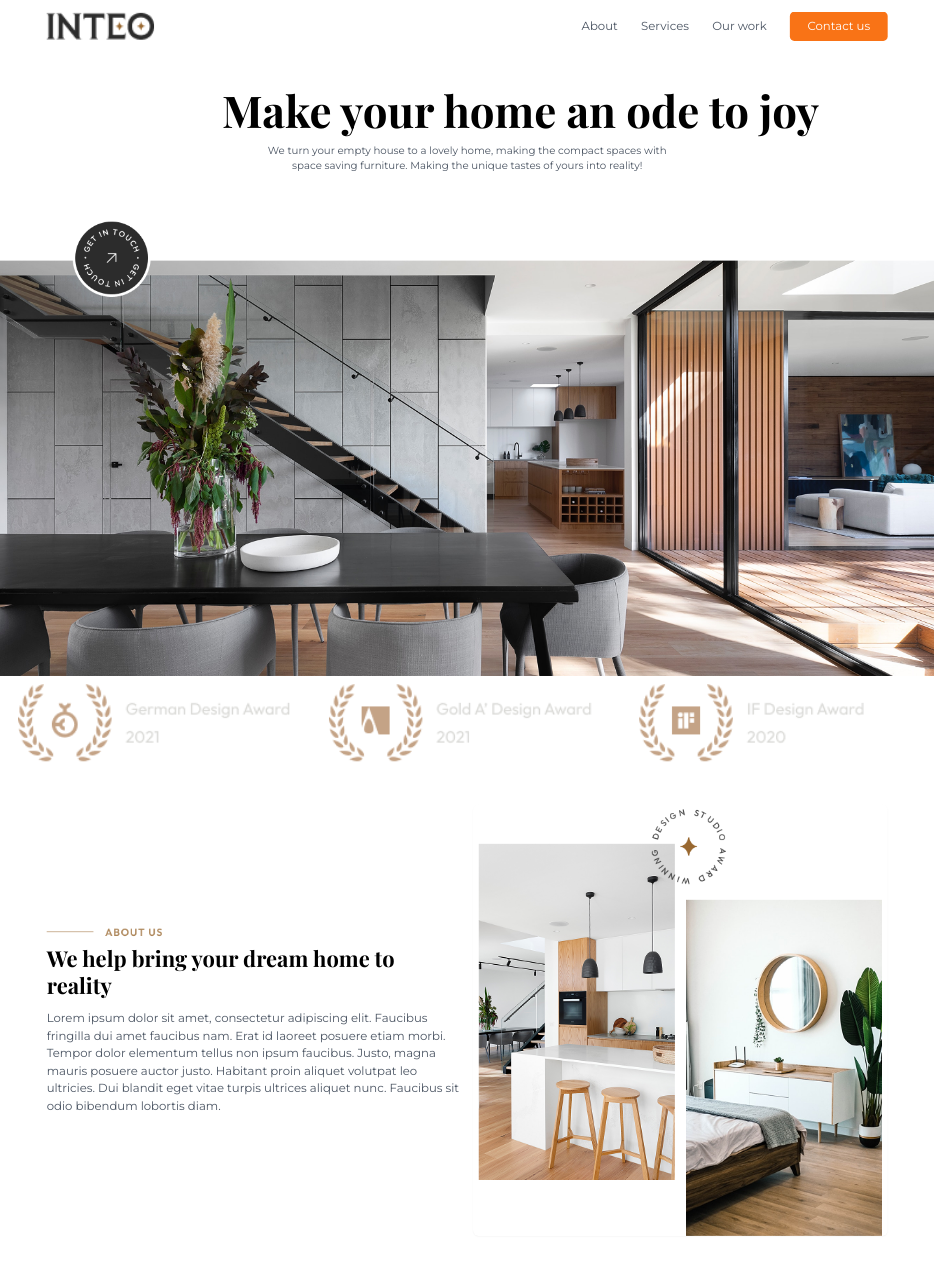
Repository: CatherinneJ/responsive-tailwind-website
Page: tailwind.html
An editor plug-in stored every save of this project. The page is shown before and after the next save, followed by the edit.
The browser window is 1280 px wide. The pictures show the whole page, at 73% of full size.
Some web libraries are served in a nearby version.

Above is the page before, as saved 2025-05-20 20:44:38.

After the next save:
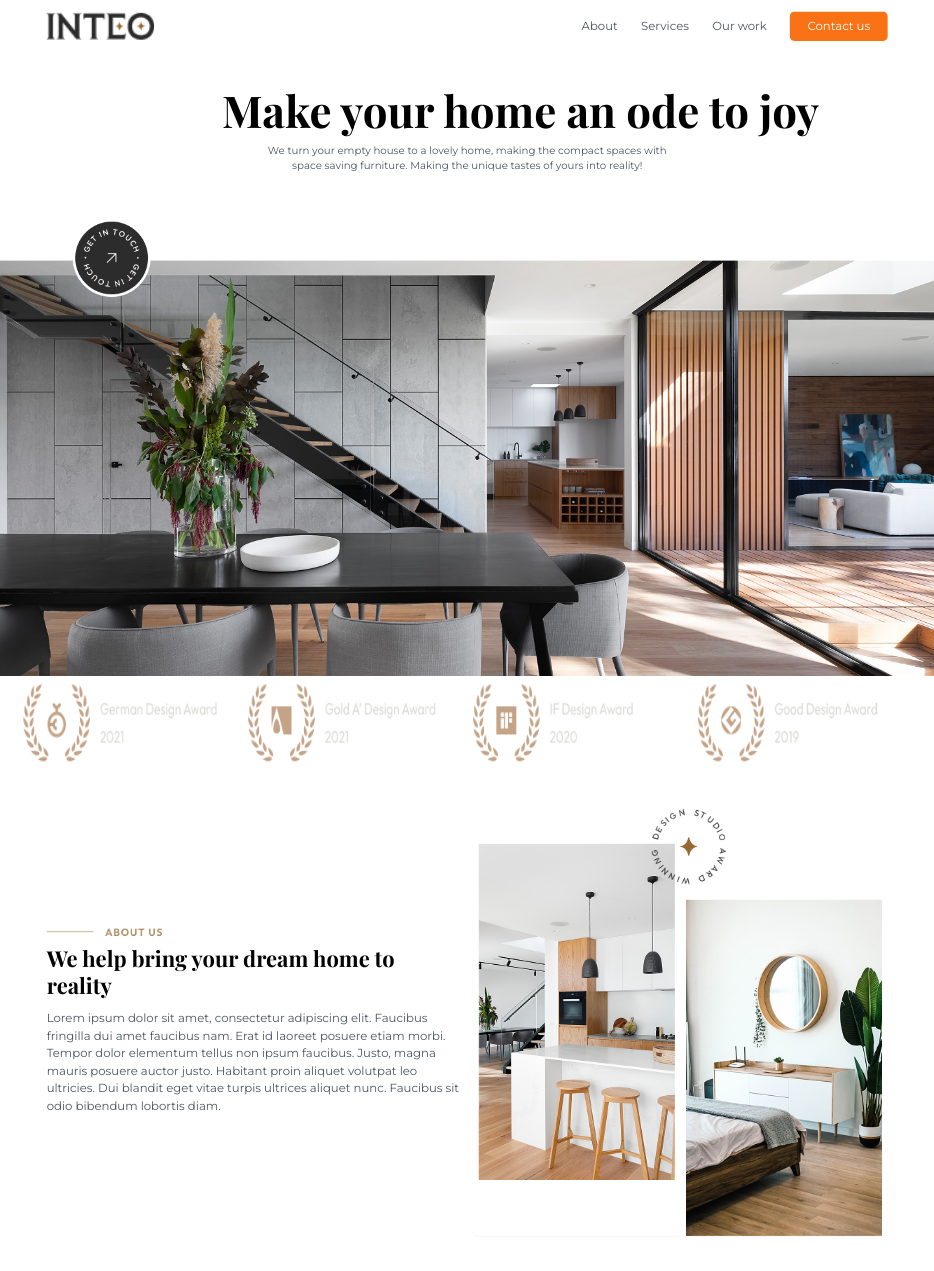
Saved 22 h 29 min later.
--- a/tailwind.html
+++ b/tailwind.html
@@ -42,7 +42,7 @@
     </section>
 
   <section id="awards" class="mt-0 px-4 sm:px-6">
-    <div class="grid grid-cols-1 sm:grid-cols-2 lg:flex lg:flex-nowrap lg:overflow-x-auto lg:gap-0 lg:space-x-4">
+ <div class="grid grid-cols-1 md:grid-cols-2 lg:grid-cols-4 gap-4 px-2">
         <img src="./Assets/Awards1.png"
              class="w-full lg:w-auto lg:h-32 lg:flex-none"
              alt="award1">
